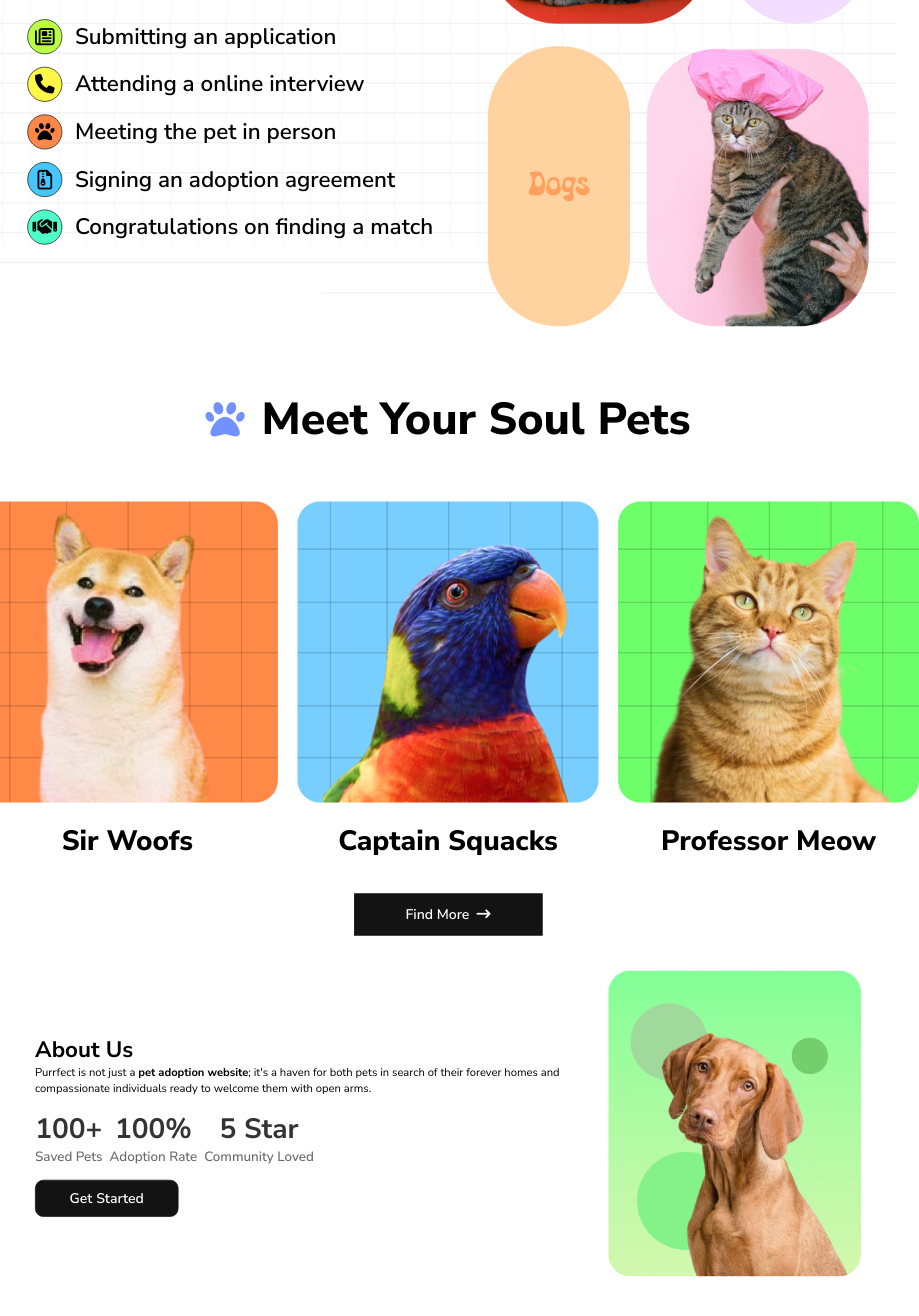
Repository: prashidika/purrfect-pet-adoption
Page: index.html
The author's editor kept a copy of each file at every save. The page is drawn from the files as they stood at one save, then again after the next save.
The browser window is 1280 px wide. The page is 1313 px wide, so the pictures cover 1313 px, including what lies to the right of the window. The pictures show the part of the page from y = 1368 to 3248 px (the page is 3248 px tall before and 3242 px after), at 70% of full size.
Some web libraries are served in a nearby version.

Above is the page before, as saved 2025-09-11 15:35:49.

### index.html
<!DOCTYPE html>
<html lang="en">

<head>
    <meta charset="UTF-8" />
    <!-- Use for responsiveness -->
    <meta name="viewport" content="width=device-width, initial-scale=1.0" />
    <!-- link To CSS -->
    <link rel="stylesheet" href="style.css" />
    <!-- link To JS -->
    <script src="index.js" defer></script>
    <!-- For Scroll Reveal -->
    <script src="https://unpkg.com/scrollreveal"></script>
    <!-- For Icons -->
    <link rel="stylesheet" href="https://cdnjs.cloudflare.com/ajax/libs/font-awesome/6.5.2/css/all.min.css"
        integrity="sha512-SnH5WK+bZxgPHs44uWIX+LLJAJ9/2PkPKZ5QiAj6Ta86w+fsb2TkcmfRyVX3pBnMFcV7oQPJkl9QevSCWr3W6A=="
        crossorigin="anonymous" referrerpolicy="no-referrer" />
    <!-- Link For Gsap -->
    <script src="https://cdnjs.cloudflare.com/ajax/libs/gsap/3.12.5/gsap.min.js"
        integrity="sha512-7eHRwcbYkK4d9g/6tD/mhkf++eoTHwpNM9woBxtPUBWm67zeAfFC+HrdoE2GanKeocly/VxeLvIqwvCdk7qScg=="
        crossorigin="anonymous" referrerpolicy="no-referrer"></script>
    <!-- Link For Gsap - Scroll Trigger -->
    <script src="https://cdnjs.cloudflare.com/ajax/libs/gsap/3.12.5/ScrollTrigger.min.js"
        integrity="sha512-onMTRKJBKz8M1TnqqDuGBlowlH0ohFzMXYRNebz+yOcc5TQr/zAKsthzhuv0hiyUKEiQEQXEynnXCvNTOk50dg=="
        crossorigin="anonymous" referrerpolicy="no-referrer"></script>
    <!-- Link For Lenis - Smooth Scrolling -->
    <script src="https://unpkg.com/@studio-freight/lenis@1.0.42/dist/lenis.min.js"></script>
    <!-- Link For Split Type -->
    <script src="https://cdn.jsdelivr.net/npm/split-type@0.3.4/umd/index.min.js"></script>

    <title>Purrfect | Pet Adoption</title>
</head>

<body>

</html>

<!-- Navbar -->
<nav>
    <a href="index.html" class="brand">
        <h1>Purr<b class="accent">fect</b></h1>
    </a>

    <div class="menu">
        <div class="btn">
            <i class="fas fa-times close-btn" aria-label="Close menu"></i>
        </div>
        <a href="index.html">Home</a>
        <a href="index.html#pets">Pets</a>
        <a href="index.html#requirements">Requirements</a>
        <a href="index.html#about">About</a>
        <a href="index.html#stories">Stories</a>
    </div>

    <button class="btn-2" onclick="window.location.href='contact.html'">
        <p>Contact Us</p>
        <i class="fa-solid fa-circle-arrow-right"></i>
    </button>

    <div class="btn">
        <i class="fas fa-bars menu-btn" aria-label="Open menu"></i>
    </div>
</nav>
<!-- Navbar End ---->

<!-- Hero Page Section -->
<section class="heropage">
    <div class="hero-headlines">
        <h1>Find Your Purrfect Pet Soul Today!</h1>
        <p>
            Discover Your Perfect Companion in Our Selection of Loving Pets
            Available for Adoption.

        </p>
        <div class="hero-headlines-buttons">
            <button class="btn-3">Our Pets</button>
            <button class="btn-3 btn-transparent">Contact Us</button>
        </div>
    </div>
    <div class="hero-images">
        <img src="img/hero-img-1.png" alt="img" />
        <img src="img/hero-img-2.png" alt="img" />
        <img src="img/hero-img-3.png" alt="img" />
    </div>
</section>

<!-- Hero Page Section End -->

<!-- Requirement Section -->

<section class="requirements" id="requirements">
    <div class="requirements-headlines">
        <p>Our process is simple and filled with joy every step of the way</p>

        <div class="r-item-container">
            <!-- r item 1 -->
            <div class="r-item">
                <div class="r-logo" style="background-color: #b9ff46">
                    <i class="fa-regular fa-newspaper"></i>
                </div>
                <h5>Submitting an application</h5>
            </div>
            <!-- r item 2 -->
            <div class="r-item">
                <div class="r-logo" style="background-color: #fff846">
                    <i class="fa-solid fa-phone"></i>
                </div>
                <h5>Attending a online interview</h5>
            </div>

            <!-- r item 3 -->
            <div class="r-item">
                <div class="r-logo" style="background-color: #ff8846">
                    <i class="fa-solid fa-paw"></i>
                </div>
                <h5>Meeting the pet in person</h5>
            </div>

            <!-- r item 4 -->
            <div class="r-item">
                <div class="r-logo" style="background-color: #46c7ff">
                    <i class="fa-regular fa-file-zipper"></i>
                </div>
                <h5>Signing an adoption agreement</h5>
            </div>

            <!-- r item 5 -->
            <div class="r-item">
                <div class="r-logo" style="background-color: #4fffca">
                    <i class="fa-solid fa-handshake"></i>
                </div>
                <h5>Congratulations on finding a match</h5>
            </div>
        </div>
    </div>
    <img src="img/requirements-img.png" alt="img" />
</section>
<!-- Requirement Section End -->


<!-- Pets Section -->
<!-- Pets Section -->
<section class="pets" id="pets">
    <div class="pets-headlines">
        <i class="fa-solid fa-paw"></i>
        <h1>Meet Your Soul Pets</h1>
    </div>

    <div class="pets-collection">
        <div class="pet-item">
            <img src="img/pet-item-1.png" alt="Sir Woofs" />
            <h3>Sir Woofs</h3>
        </div>
        <div class="pet-item">
            <img src="img/pet-item-2.png" alt="Sir Woofs" />
            <h3>Captain Squacks</h3>
        </div>
        <div class="pet-item">
            <img src="img/pet-item-3.png" alt="Sir Woofs" />
            <h3>Professor Meow</h3>
        </div>
    </div>
    </div>

    <button class="btn-3 btn-pets">
        <p>Find More</p>
        <i class="fa-solid fa-arrow-right-long"></i>
    </button>
</section>
</section>
<!-- Pets Section End -->

<!-- About Section -->
<div class="about" id="about">
    <div class="about-headlines">
        <h1>About Us</h1>
        <p class="reveal-type" data-bg-color="#cccccc" data-fg-color="black">
            Purrfect is not just a <b>pet adoption website</b>; it's a haven for both
            pets in search of their forever homes and compassionate individuals ready
            to welcome them with open arms.
        </p>
        <div class="about-info-container">
            <div class="about-info-item">
                <h5>100+</h5>
                <h6>Saved Pets</h6>
            </div>
            <div class="about-info-item">
                <h5>100%</h5>
                <h6>Adoption Rate</h6>
            </div>
            <div class="about-info-item">
                <h5>5 Star</h5>
                <h6>Community Loved</h6>
            </div>
        </div>
        <button class="btn-3">Get Started</button>
    </div>

    <div class="about-image">
        <img src="img/about-img.png" alt="img" />
    </div>
</div>
<!-- About Section End -->
</body>

</html>

### style.css
@import url("https://fonts.googleapis.com/css2?family=Nunito+Sans:ital,opsz,wght@0,6..12,200..1000;1,6..12,200..1000&display=swap");

* {
    margin: 0;
    padding: 0;
    box-sizing: border-box;
    font-family: "Nunito Sans", sans-serif;
}

:root {
    --accent: #ff9a24;
    --black: #131313;
}

body {
    min-height: 100vh;
}

section {
    min-width: 100%;
    min-height: 100vh;
    background-repeat: no-repeat;
    background-position: center;
    background-size: cover;
}

/* Navbar Section */
nav {
    z-index: 999;
    position: fixed;
    top: 0;
    left: 0;
    width: 100%;
    /* Added % */
    display: flex;
    justify-content: space-between;
    align-items: center;
    /* Fixed typo: 'centre' → 'center' */
    color: var(--black);
    background-color: white;
    padding: 30px 50px;
    transition: all 0.4s ease-out;
    filter: drop-shadow(5px 5px 10px transparent);
}

nav.sticky {
    background-color: white;
    filter: drop-shadow(5px 5px 10px #ffbe745e);
}

.brand {
    text-decoration: none;
    transition: all ease-in-out 0.3s;
    color: var(--black);
}

.brand h1 {
    font-size: 32px;
    font-weight: 900;
}

.accent {
    color: var(--accent);
}

.brand:hover {
    /* Fixed typo: 'brand.hover' → 'brand:hover' */
    opacity: 0.8;
}

.menu {
    display: flex;
    justify-content: center;
    /* Fixed typo: 'centre' → 'center' */
    align-items: center;
    gap: 42px;
}

.menu a {
    display: inline-block;
    position: relative;
    color: var(--black);
    text-decoration: none;
    font-size: 24px;
    font-weight: 400;
    border-radius: 32px;
    background-color: white;
    padding: 10px;
    transition: all 0.2s ease-out;
}

.menu a:hover {
    background-color: var(--accent);
    color: white;
}

.btn {
    color: white;
    font-size: 25px;
    cursor: pointer;
    display: none;
}

.btn-2 {
    display: flex;
    align-items: center;
    /* Fixed typo: 'centre' → 'center' */
    gap: 14px;
    font-size: 24px;
    font-weight: 500;
    color: var(--black);
    transition: all ease-in-out 0.2s;
    background-color: transparent;
    border: none;
    cursor: pointer;
}

.btn-2 i {
    font-size: 32px;
    transition: all 0.2s ease-out;
}

/* Fixed typo: '.btn2:hover i' → '.btn-2:hover i' */
.btn-2:hover i {
    color: var(--accent);
}

.btn-2:hover {
    gap: 10px;
}

/* ----------------- Hero Section ----------------- */
.heropage {
    margin-top: 150px;
    display: flex;
    flex-direction: column;
    align-items: center;
    background-image: url("img/hero-background-image.png");
    background-size: cover;
    background-position: center;
    padding: 100px 20px;
}

.hero-headlines {
    display: flex;
    flex-direction: column;
    align-items: center;
    width: 750px;
    text-align: center;
}

.hero-headlines h1 {
    font-size: 64px;
    font-weight: 900;
    margin-bottom: 20px;
    color: var(--black);
}

.hero-headlines p {
    font-size: 24px;
    font-weight: 600;
    margin-bottom: 40px;
    color: var(--black);
}

/* Hero Buttons */
.hero-headlines-buttons {
    display: flex;
    gap: 20px;
    flex-wrap: wrap;
}

.btn-3 {
    width: 205px;
    height: 53px;
    background-color: var(--black);
    font-size: 20px;
    font-weight: 600;
    color: white;
    border-radius: 12px;
    border: 1px solid var(--black);
    cursor: pointer;
    transition: all 0.2s ease-out;
}

.btn-3:hover {
    background-color: var(--accent);
    border-color: var(--accent);
}

/* Transparent Button */
.btn-transparent {
    background-color: transparent;
    color: var(--black);
    border: 1px solid var(--black);
}

.btn-transparent:hover {
    background-color: var(--accent);
    color: white;
    border-color: var(--accent);
}

/* Hero Images */
.hero-images {
    display: flex;
    margin-top: 56px;
    gap: 35px;
}

/* Requirements Section */
.requirements {
    margin-top: 50px;
    align-items: center;
    justify-content: center;
    display: flex;
    background-image: url("img/requirements-background-img.png");
}

.requirements-headlines {
    width: 658px;
}

.requirements-headlines h1 {
    font-size: 96px;
    font-weight: 900;
}

.requirements-headlines p {
    font-size: 32px;
    font-weight: 600;
    margin-bottom: 49px;
}

.r-item-container {
    display: flex;
    flex-direction: column;
    gap: 18px;
}

.r-item {
    display: flex;
    align-items: center;
    gap: 18px;
}

.r-logo {
    width: 50px;
    height: 50px;
    border: 1px solid var(--black);
    border-radius: 100%;
    display: flex;
    align-items: center;
    justify-content: center;
}

.r-logo i {
    font-size: 28px;
}

.r-item h5 {
    font-size: 32px;
    font-weight: 600;
}

/* Pets Section */
.pets {
    display: flex;
    flex-direction: column;
    align-items: center;
    margin-top: 74px;
}

.pets-headlines {
    display: flex;
    justify-content: center;
    align-items: center;
    gap: 24px;
}

.pets-headlines i {
    font-size: 56px;
    color: #7291ff;
}

.pets-headlines h1 {
    font-size: 64px;
    font-weight: 800;
}

.pets-collection {
    display: flex;
    gap: 28px;
    margin-top: 74px;
}

.pet-item {
    display: flex;
    flex-direction: column;
    align-items: center;
    gap: 28px;
    transition: 0.5s ease-out;
}

.pet-item h3 {
    font-size: 40px;
    font-weight: 800;
}

.btn-pets {
    width: 269px;
    height: 60px;
    /* added px */
    display: flex;
    align-items: center;
    justify-content: center;
    gap: 10px;
    border-radius: 0px;
    margin-top: 48px;
}

/* About Section */
.about {
    display: flex;
    align-items: center;
    /* vertically center items */
    justify-content: space-between;
    gap: 50px;
    /* space between text and image */
    padding: 50px;
}

.about-headlines {
    flex: 1;
}

.about-info-container {
    display: flex;
    gap: 10px;
    /* space between each info item */
    margin: 20px 0;
}

.about-info-item {
    text-align: center;
}

.about-image img {
    max-width: 400px;
    width: 100%;
    height: auto;
    border-radius: 10px;
}

.about-info-item h5 {
    font-size: 2.5rem;
    /* larger number */
    font-weight: bold;
    color: #333;
}

.about-info-item h6 {
    font-size: 1.2rem;
    /* larger label */
    font-weight: 500;
    color: #666;
}

### index.js
// NAVBAR
const navbar = document.querySelector("nav");

// Scroll effect
window.addEventListener("scroll", () =>
    navbar.classList.toggle("sticky", window.scrollY > 0)
);

// Menu toggle
const menu = document.querySelector(".menu");
const toggleMenu = () => menu.classList.toggle("active");

// Event listeners for open/close menu
document.querySelector(".menu-btn").addEventListener("click", toggleMenu);
document.querySelector(".close-btn").addEventListener("click", toggleMenu);

// Close menu when clicking a link
document
    .querySelectorAll(".menu a")
    .forEach((link) => link.addEventListener("click", toggleMenu));

After the next save:
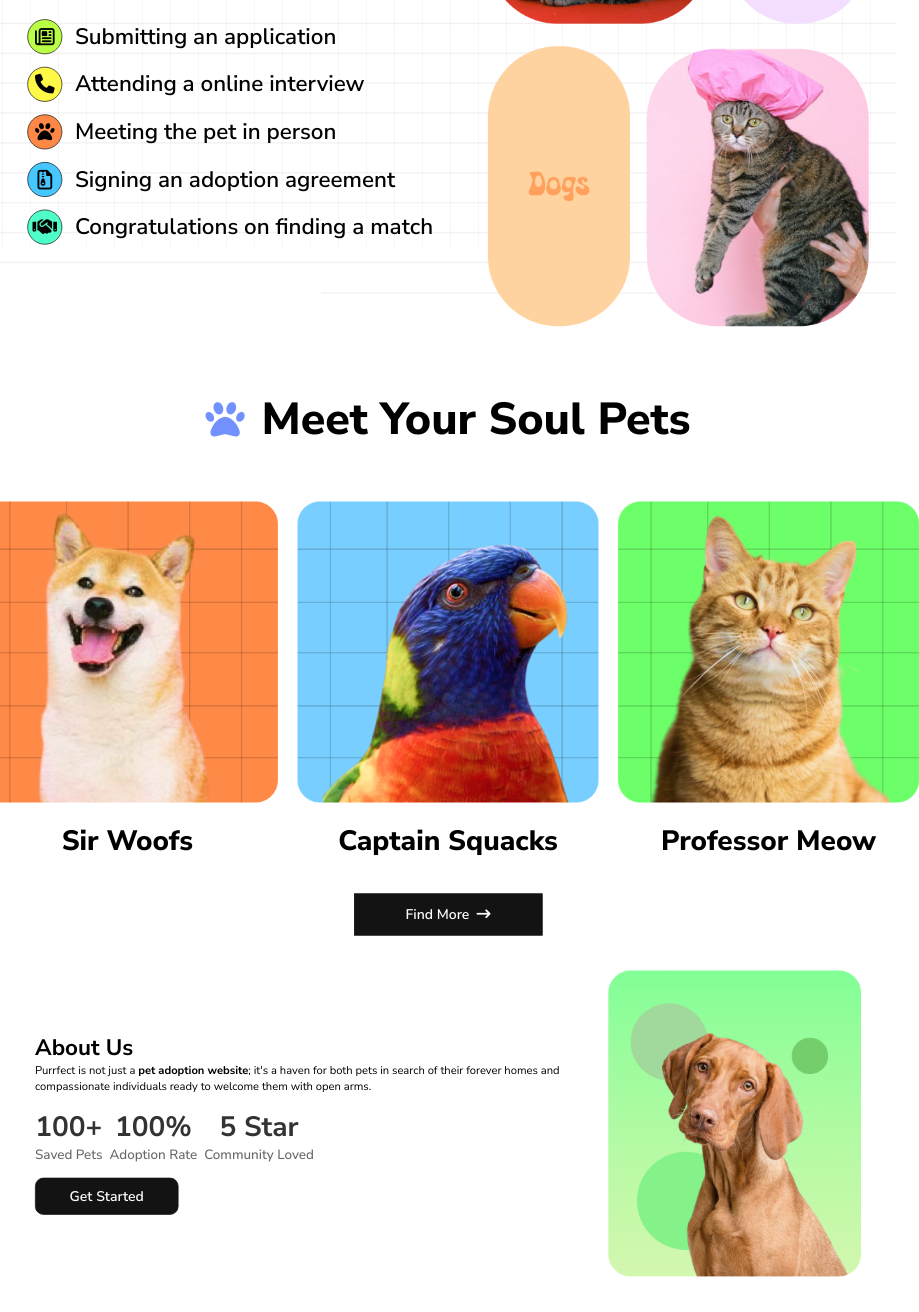
Saved 3 min 49 s later.
--- a/index.html
+++ b/index.html
@@ -196,9 +196,9 @@
         <button class="btn-3">Get Started</button>
     </div>
 
-    <div class="about-image">
-        <img src="img/about-img.png" alt="img" />
-    </div>
+
+    <img src="img/about-img.png" alt="img" />
+
 </div>
 <!-- About Section End -->
 </body>
